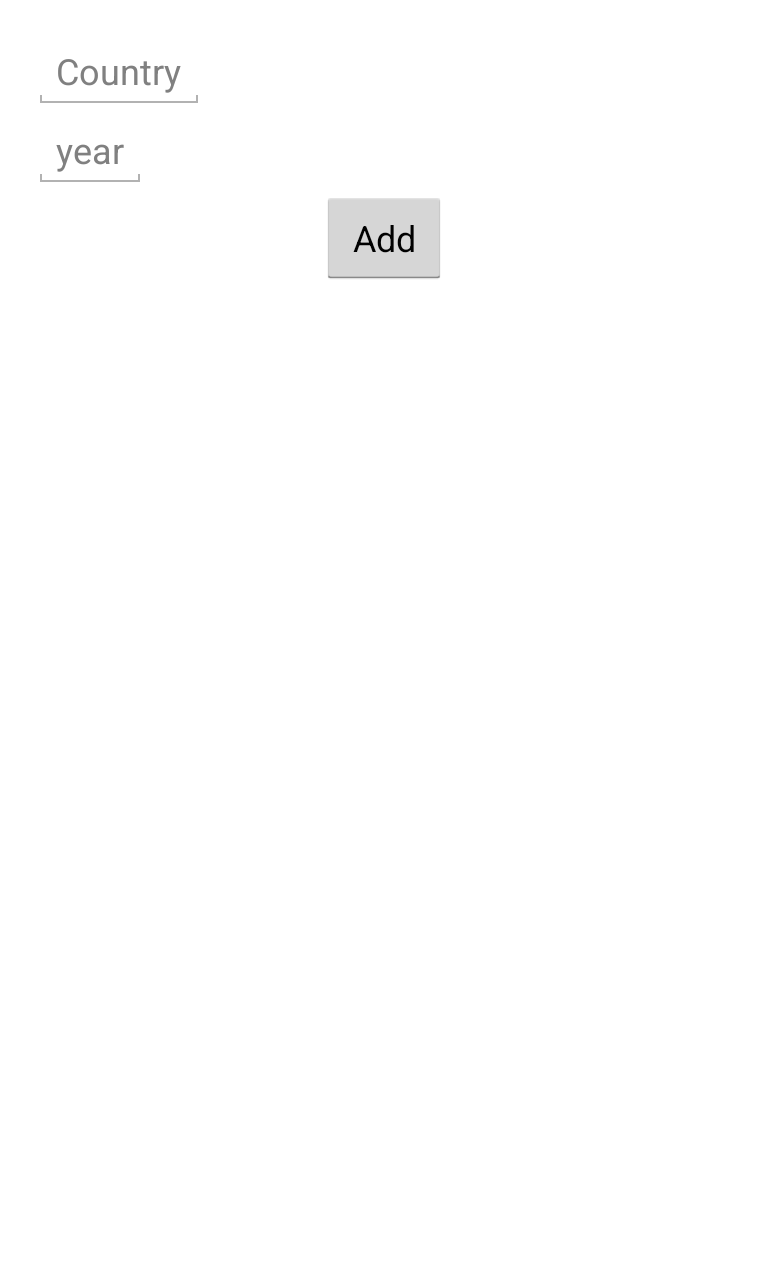
Repository: me222rs/AndroidLab1
Layout: MyCountries/res/layout/activity_add_country.xml
An editor plug-in stored every save of this project. The layout is shown before and after the next save, followed by the edit.
It is drawn on a 768 x 1280 px phone screen (xhdpi) without system bars, with theme AppTheme; the app's code is not run.

Above is the layout before, as saved 2014-11-20 10:32:12.

### MyCountries/res/layout/activity_add_country.xml
<LinearLayout xmlns:android="http://schemas.android.com/apk/res/android"
    android:orientation="vertical"
    xmlns:tools="http://schemas.android.com/tools"
    android:layout_width="match_parent"
    android:layout_height="match_parent"
    android:paddingBottom="@dimen/activity_vertical_margin"
    android:paddingLeft="@dimen/activity_horizontal_margin"
    android:paddingRight="@dimen/activity_horizontal_margin"
    android:paddingTop="@dimen/activity_vertical_margin"
    tools:context="com.example.mycountries.AddCountryActivity" >




    	<EditText android:id="@+id/addCountry"
    	android:inputType="text"
		android:layout_width="wrap_content"
		android:layout_height="wrap_content"
		android:hint="@string/country"
		/>

	    <EditText android:id="@+id/addYear"
        android:maxLength="4"
        android:inputType="number"
		android:layout_width="wrap_content"
		android:layout_height="wrap_content"
		android:hint="@string/year"
		/>

	    <Button
        android:id="@+id/add"
    	android:layout_width="wrap_content"
    	android:layout_height="wrap_content"
        android:layout_gravity="center"
       	android:text="@string/add"
       	android:onClick="getActivity"/>


</LinearLayout>

### MyCountries/res/values/strings.xml
<?xml version="1.0" encoding="utf-8"?>
<resources>

    <string name="app_name">My Countries</string>
    <string name="hello_world">Hello world!</string>
    <string name="action_settings">Settings</string>
    <string name="add">Add</string>
    <string name="addNewCountry">Add</string>
    <string name="title_activity_add_country">AddCountryActivity</string>
    <string name="country">Country</string>
    <string name="year">year</string>

</resources>

Loaded but not shown: MyCountries/res/values/styles.xml (common file); MyCountries/res/values-v11/styles.xml (common file); MyCountries/res/values-v14/styles.xml (common file); MyCountries/res/values/dimens.xml (common file); MyCountries/res/values-w820dp/dimens.xml (common file)

After the next save:
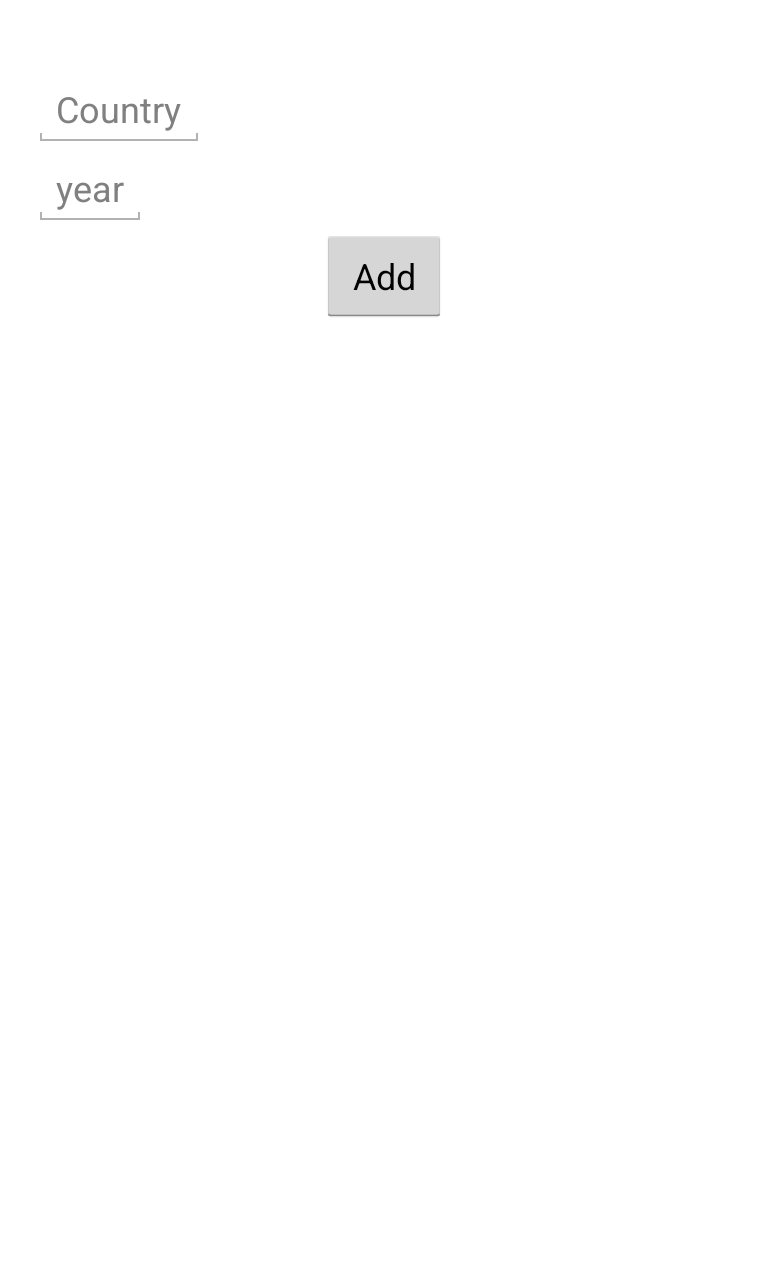
Saved 96 s later.
--- a/MyCountries/res/layout/activity_add_country.xml
+++ b/MyCountries/res/layout/activity_add_country.xml
@@ -9,7 +9,10 @@
     android:paddingTop="@dimen/activity_vertical_margin"
     tools:context="com.example.mycountries.AddCountryActivity" >
 
-
+		<TextView
+		android:layout_width="wrap_content"
+		android:layout_height="wrap_content"
+		/>
 
 
     	<EditText android:id="@+id/addCountry"
